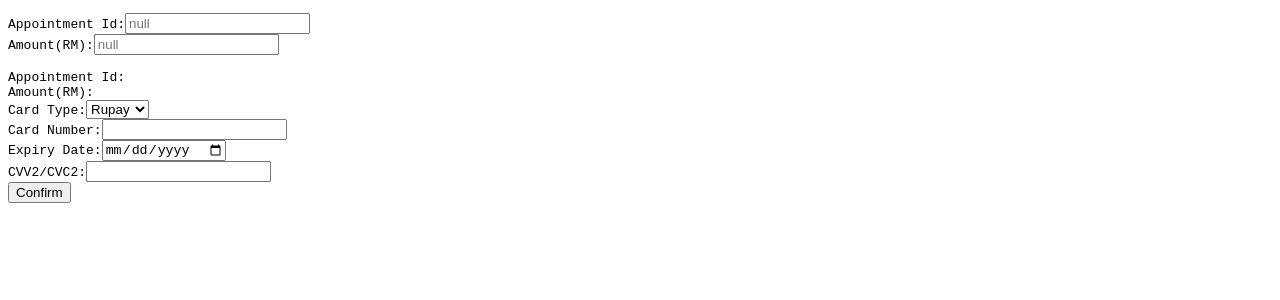
Repository: anujsoni10001/JSP-Servlet
Page: http://localhost/Minor/MakePayment.jsp
The author's editor kept a copy of each file at every save. The page is drawn from the files as they stood at one save, then again after the next save.
The browser window is 1280 px wide. The pictures show the whole page.
The page is served by Tomcat 9. Other server files are loaded and not shown.

Above is the page before, as saved 2019-03-22 12:20:27.

### FinalProject/minor - Copy/Minor/WebContent/MakePayment.jsp
<%
String apt_id=request.getParameter("a_id");
String chargesRM=request.getParameter("charges");
%>
<%@ page language="java" contentType="text/html; charset=ISO-8859-1"
    pageEncoding="ISO-8859-1"%>
<!DOCTYPE html PUBLIC "-//W3C//DTD HTML 4.01 Transitional//EN" "http://www.w3.org/TR/html4/loose.dtd">
<html>
<head>
<meta http-equiv="Content-Type" content="text/html; charset=ISO-8859-1">
<title>Payment</title>
</head>
<body>
<pre>
Appointment Id:<input type="text" placeholder=<%=apt_id%>>
Amount(RM):<input type="text" placeholder=<%=chargesRM%>>
<form action="Pay">
Appointment Id:<input type="hidden" name="a_id" value=<%=apt_id%>>
Amount(RM):<input type="hidden" name="charges" value=<%=chargesRM%>>
Card Type:<select name="card_type">
<option>Rupay</option>
<option>Master</option>
<option>VISA</option>
</select>
Card Number:<input type="text" name="card_number">
Expiry Date:<input type="date" name="expiry_date">
CVV2/CVC2:<input type="text" name="cvv">
<input type="submit" value="Confirm">
</form>
</pre>
</body>
</html>

After the next save:
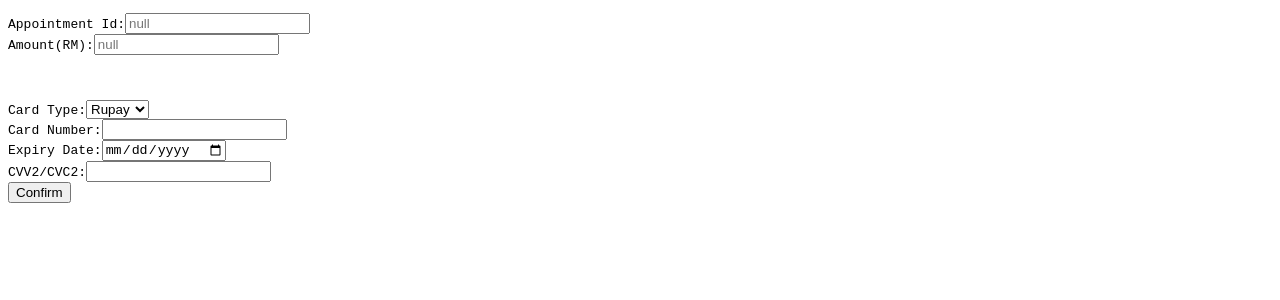
Saved 43 min 9 s later.
--- a/FinalProject/minor - Copy/Minor/WebContent/MakePayment.jsp
+++ b/FinalProject/minor - Copy/Minor/WebContent/MakePayment.jsp
@@ -15,8 +15,8 @@ String chargesRM=request.getParameter("charges");
 Appointment Id:<input type="text" placeholder=<%=apt_id%>>
 Amount(RM):<input type="text" placeholder=<%=chargesRM%>>
 <form action="Pay">
-Appointment Id:<input type="hidden" name="a_id" value=<%=apt_id%>>
-Amount(RM):<input type="hidden" name="charges" value=<%=chargesRM%>>
+<input type="hidden" name="a_id" value=<%=apt_id%>>
+<input type="hidden" name="charges" value=<%=chargesRM%>>
 Card Type:<select name="card_type">
 <option>Rupay</option>
 <option>Master</option>
